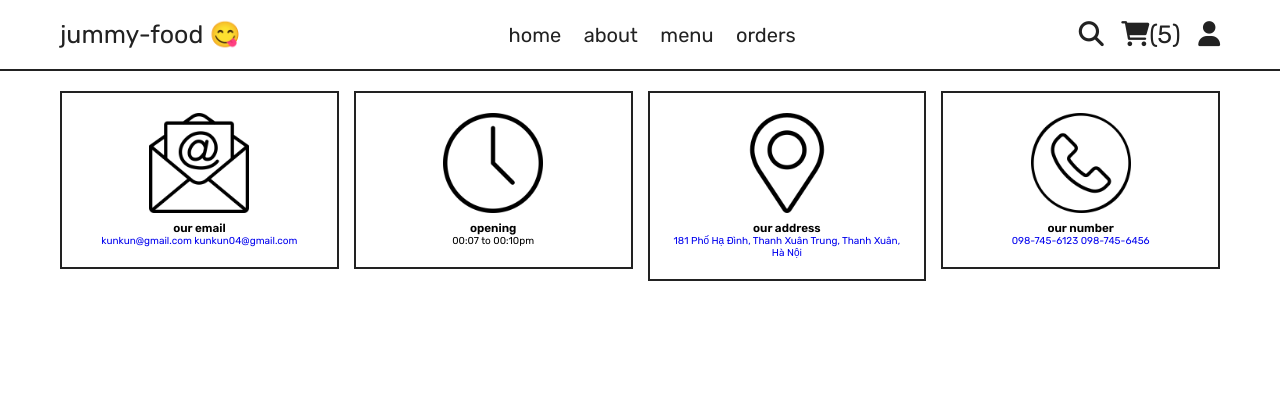
Repository: VuongLinhDinh/jummy_food
Page: home.html
An editor plug-in stored every save of this project. The page is shown before and after the next save, followed by the edit.
The browser window is 1280 px wide. The pictures show the whole page.
Some web libraries are served in a nearby version.

Above is the page before, as saved 2023-11-07 15:56:37.

After the next save:
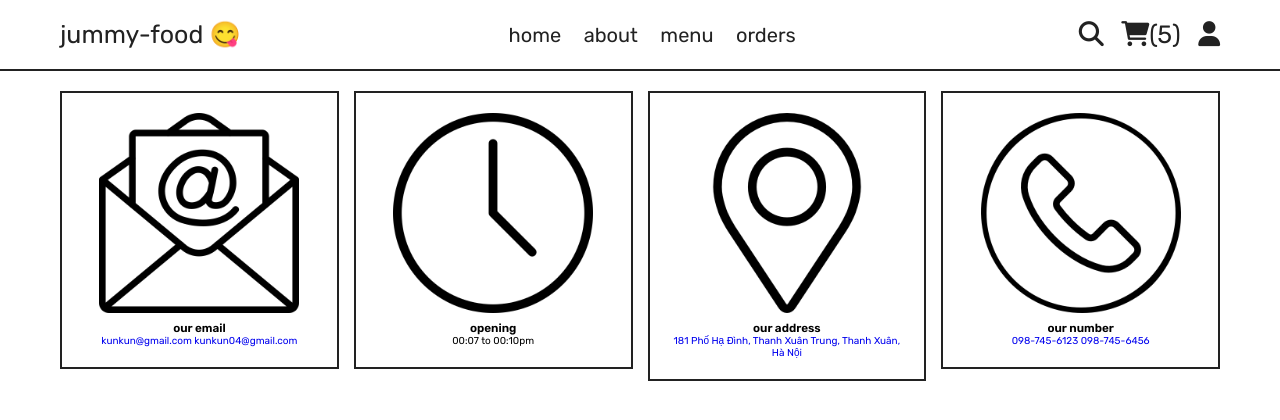
Saved 7 s later.
--- a/css/style.css
+++ b/css/style.css
@@ -191,7 +191,7 @@
     text-align: center;
 }
 .footer .grid .box img {
-    height: 10rem;
+    height: 20rem;
     width: 100%;
     object-fit: contain;
     margin-bottom: .5rem;

After the save that followed:
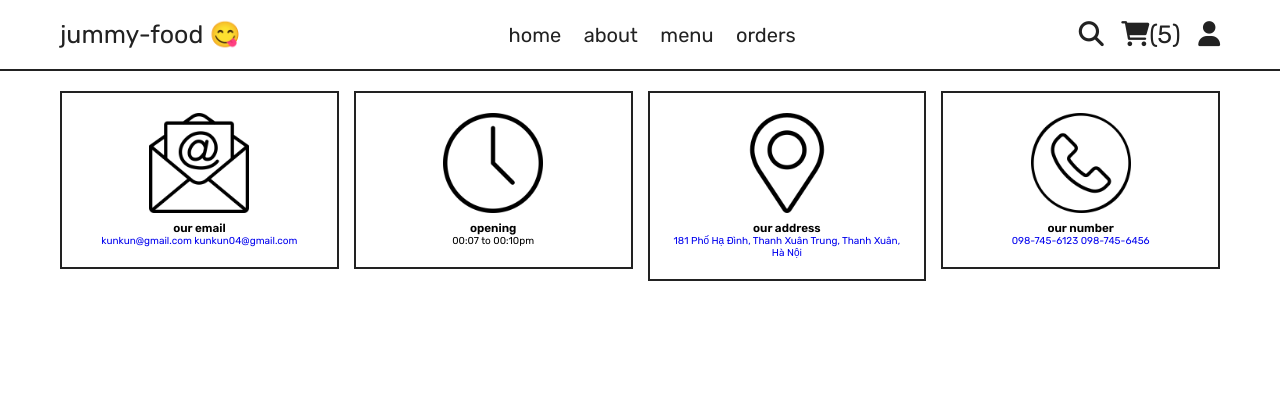
Saved 8 s later.
--- a/css/style.css
+++ b/css/style.css
@@ -191,7 +191,7 @@
     text-align: center;
 }
 .footer .grid .box img {
-    height: 20rem;
+    height: 10rem;
     width: 100%;
     object-fit: contain;
     margin-bottom: .5rem;
